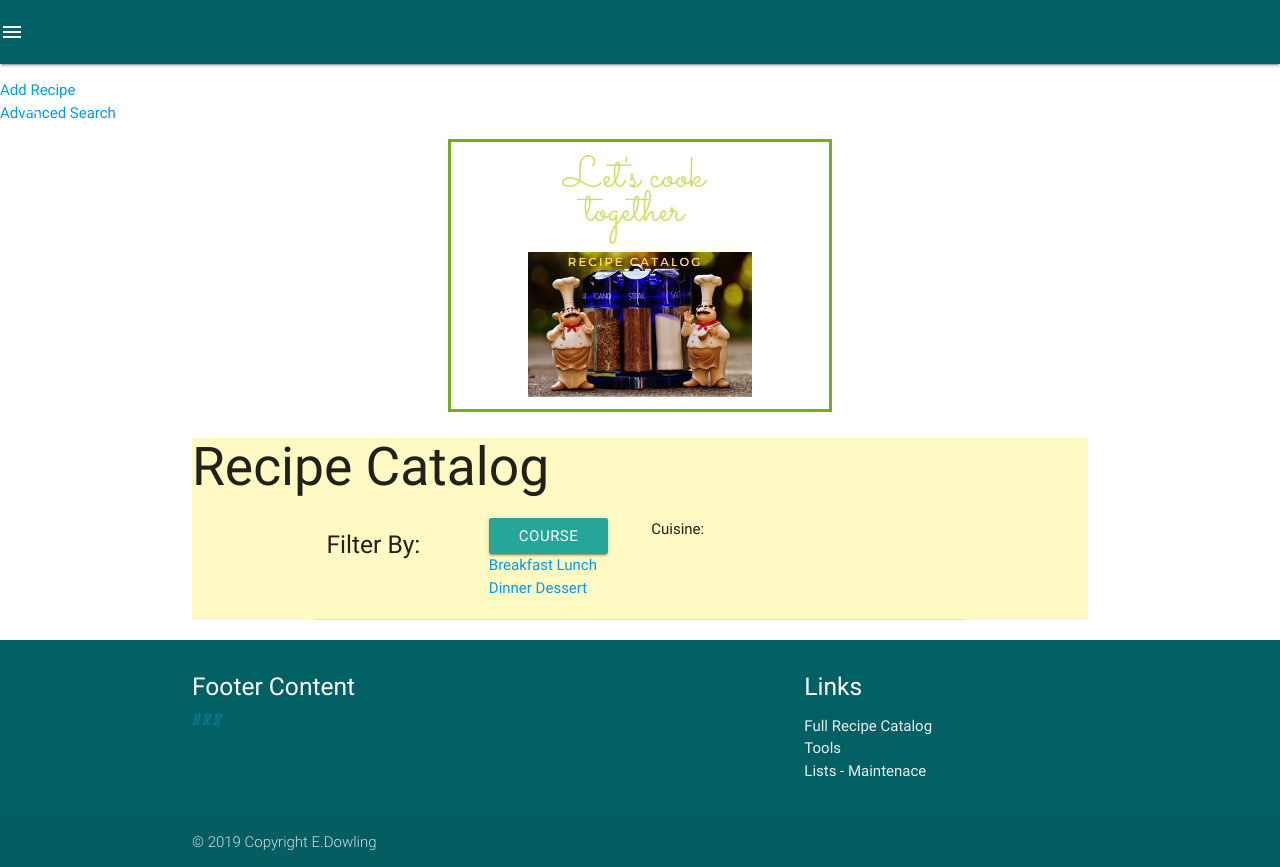
Repository: eldowling/lets-cook-together
Page: http://localhost/get_catalog?course=breakfast
The author's editor kept a record of every edit. The page is drawn from the files as they stood at one moment, then again after the next edit.
The browser window is 1280 px wide. The pictures show the whole page.
Some web libraries are served in a nearby version. The page is served by the project's application, run on Flask 3 (app.py). Queries for data that is not in the repository find no rows.

Above is the page before.
Console error: TypeError: $(...).sidenav is not a function

### templates/catalog.html
{% extends 'base.html'%} {% block content %}
<h2>Recipe Catalog</h2>
<div class="container">
  <div class="row">
    <div class="col s3">
      <h5>Filter By:</h5>
    </div>
    <div class="col s3">
      <!-- Example single danger button -->
<div class="btn-group">
  <button type="button" class="btn btn-primary dropdown-toggle" data-toggle="dropdown" aria-haspopup="true" aria-expanded="false">
    Course
  </button>
  <div class="dropdown-menu">
    <a class="dropdown-item" href="#">Breakfast</a>
    <a class="dropdown-item" href="#">Lunch</a>
    <a class="dropdown-item" href="#">Dinner</a>
    <a class="dropdown-item" href="#">Dessert</a>
  </div>
</div>
    </div>
    <div class="col s3">
      Cuisine:
    </div>
  </div>
</div>

<div class="container yellow lighten-4">
  <div class = "row">
    <div class="col s12 divider"></div>
  </div>
  {% for recipe in recipes %}
    <div class="row">
      <div class="col s6">
        <div class="section">
          <h4>{{recipe.title}}</h4>
        </div>
      </div>
    </div>
    <div class="row">
      <div class="col s6 offset-s2">
        {{recipe.description}}
      </div>
      <div class="col s3">
        <strong>Rating: </strong> {{recipe.rating}}
      </div>
    </div>
  {% endfor %}
</div>

{% endblock %}

### templates/base.html
<!DOCTYPE html>
<html>

<head>
    <link href="https://fonts.googleapis.com/icon?family=Material+Icons" rel="stylesheet">
    <link rel="stylesheet" href="https://cdnjs.cloudflare.com/ajax/libs/materialize/0.100.2/css/materialize.min.css">
    <link rel="stylesheet" href="https://cdnjs.cloudflare.com/ajax/libs/font-awesome/4.7.0/css/font-awesome.min.css">
    <link rel="stylesheet" href="{{ url_for('static', filename='css/style.css') }}" type="text/css" />
</head>

<body>
    <header>
        <!-- Dropdown Structure -->
        <ul id="dropdown1" class="dropdown-content">
            <li><a href="#!">one</a></li>
            <li><a href="#!">two</a></li>
            <li class="divider"></li>
            <li><a href="#!">three</a></li>
        </ul>

        <nav>
            <div class="nav-wrapper cyan darken-4">

                <form>
                    <a href="#" data-target="mobile-demo" class="sidenav-trigger"><i class="material-icons">menu</i></a>
                    <div class="input-field inline ">
                        <input id="search" type="search" required>
                        <label class="label-icon" for="search"><i class="material-icons">search</i></label>
                        <i class="material-icons">close</i>
                    </div>
                    <ul id="nav-mobile" class="right hide-on-med-and-down">
                        <li><a href="addedit-recipe.html">Add Recipe</a></li>
                        <li><a class="dropdown-trigger" href="#!" data-target="dropdown1">Advanced Search<i class="material-icons right">arrow_drop_down</i></a></li>
                    </ul>

                </form>

            </div>
        </nav>

        <ul class="sidenav" id="mobile-demo">
            <li><a href="addedit-recipe.html">Add Recipe</a></li>
            <li><a href="badges.html">Advanced Search</a></li>
        </ul>


    </header>

    <div class="center">
            <img class="main-img" src="static/images/lets-cook-logo.png"></img>
    </div>
    <div class="container yellow lighten-4">
        {% block content %} {% endblock %}
    </div>

    <footer class="page-footer cyan darken-4">
        <div class="container">
            <div class="row">
                <div class="col l6 s12">
                    <h5 class="white-text">Footer Content</h5>

                    <span class="grey-text text-lighten-4 ">
                        <a href="facebook.html"><i class="fab fa-facebook-square"></i></a>
                        <a href="twitter.html"><i class="fab fa-twitter-square"></i></a>
                        <a href="instagram.html"><i class="fab fa-instagram"></i></a>
                    </span>
                </div>
                <div class="col l4 offset-l2 s12">
                    <h5 class="white-text">Links</h5>
                    <ul>
                        <li><a class="grey-text text-lighten-3" href="{{url_for('get_catalog')}}">Full Recipe Catalog</a></li>
                        <li><a class="grey-text text-lighten-3" href="tools.html">Tools</a></li>
                        <li><a class="grey-text text-lighten-3" href="maintenance.html">Lists - Maintenace</a></li>
                    </ul>
                </div>
            </div>
        </div>
        <div class="footer-copyright">
            <div class="container">
                © 2019 Copyright E.Dowling
            </div>
        </div>
    </footer>

    <script src="https://cdnjs.cloudflare.com/ajax/libs/jquery/3.2.1/jquery.min.js"></script>
    <script src="https://cdnjs.cloudflare.com/ajax/libs/materialize/0.100.2/js/materialize.min.js"></script>
    <script type="text/javascript">
        $(document).ready(function() {
            $('.collapsible').collapsible();
            $('select').material_select();
            $(".button-collapse").sideNav();
            $(".dropdown-trigger").dropdown();
            $('.sidenav').sidenav();
        });

    </script>
</body>
</html>

### app.py
import os
from flask import Flask, render_template, redirect, request, url_for
from flask_pymongo import PyMongo
from bson.objectid import ObjectId

app = Flask(__name__)
app.config["MONGO_DBNAME"] = 'recipie_catalog'
app.config["MONGO_URI"] = 'mongodb+srv://root:r00tUser@myfirstcluster-pwjgy.mongodb.net/recipie_catalog?retryWrites=true&w=majority'
#app.config["MONGO_URI"] = os.getenv('MONGO_URI', 'mongodb://localhost')

mongo = PyMongo(app)


@app.route('/')
@app.route('/get_catalog')
def get_catalog():
    return render_template("catalog.html", recipes=mongo.db.recipes.find())


if __name__ == '__main__':
    app.run(host=os.environ.get('IP'),
            port=int(os.environ.get('PORT')),
            debug=True)

### static/css/style.css
.main-img {
  display: inline-block;
  vertical-align: middle;
  max-height: auto;
  max-width: 230px;
}

.center {
  margin: auto;
  min-width: 250px;
  width: 30%;
  border: 3px solid #73AD21;
  padding: 10px;
}

After the next edit:
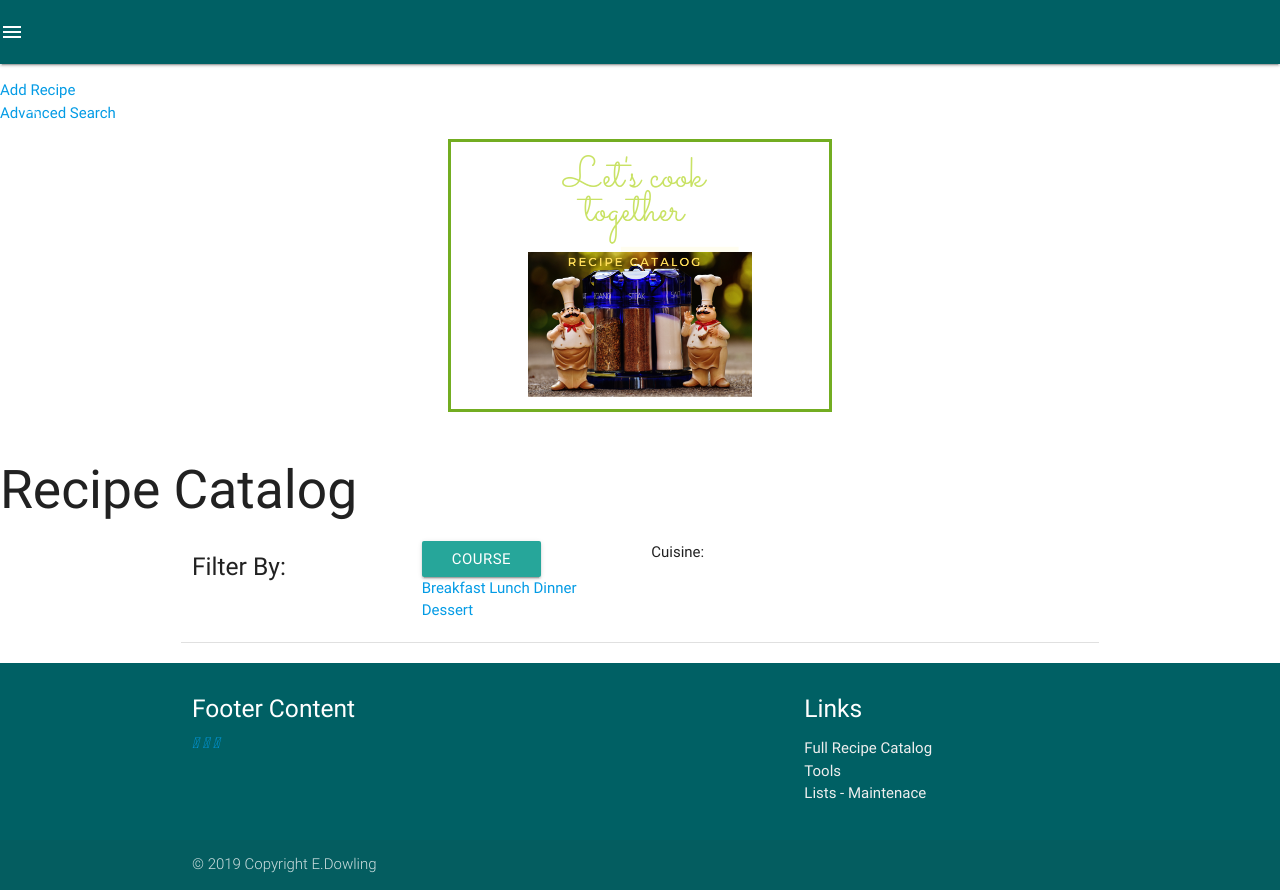
The edit:
--- a/templates/base.html
+++ b/templates/base.html
@@ -49,7 +49,8 @@
     <div class="center">
             <img class="main-img" src="static/images/lets-cook-logo.png"></img>
     </div>
-    <div class="container yellow lighten-4">
+    <div> <BR> </div>
+
         {% block content %} {% endblock %}
     </div>
 
